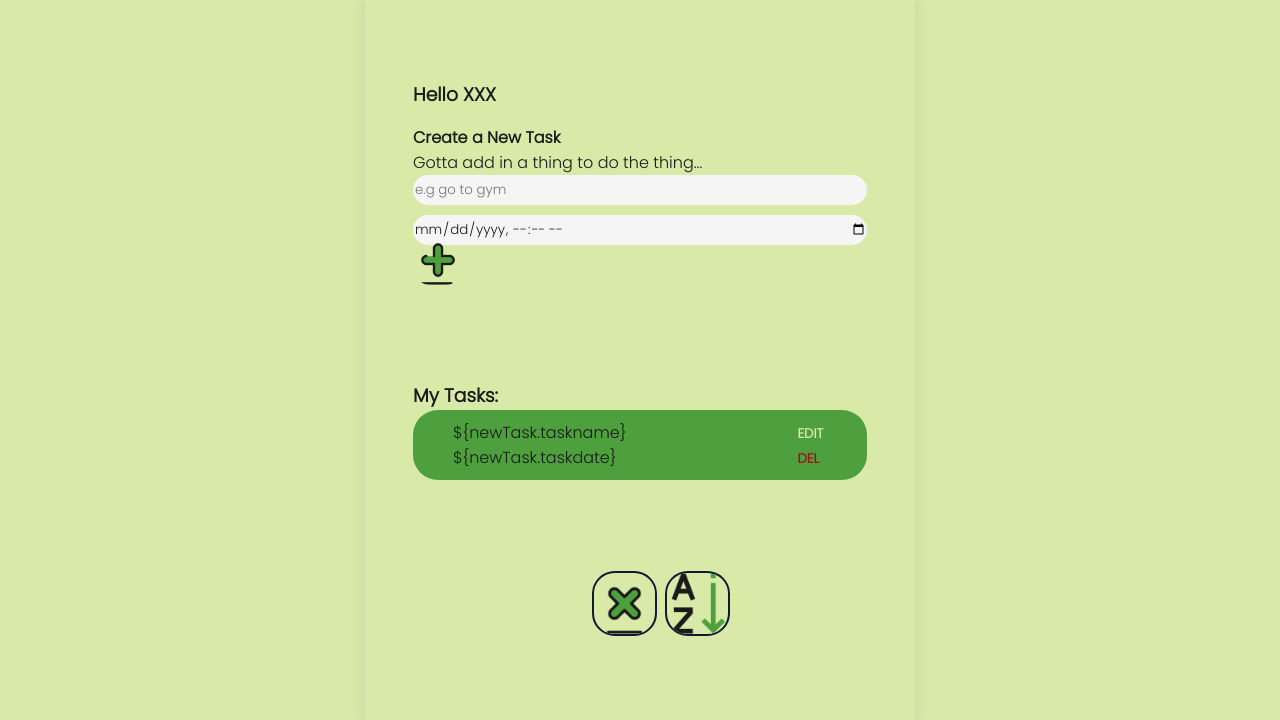
Repository: acidpixie/todo-app-version3
Page: index.html
The author's editor kept a copy of each file at every save. The page is drawn from the files as they stood at one save, then again after the next save.
The browser window is 1280 px wide. The pictures show the whole page.

Above is the page before, as saved 2022-06-11 16:19:19.

### index.html
<!DOCTYPE html>
<html lang="en">
<head>
    <meta charset="UTF-8">
    <meta http-equiv="X-UA-Compatible" content="IE=edge">
    <meta name="viewport" content="width=device-width, initial-scale=1.0">
    <title>Todo Application</title>

    <link rel="stylesheet" type="text/css" href="/css/stylesheet.css">
    <script type="text/javascript" src="/js/script.js" defer></script>

    <!--google fonts - poppins-->
    <link rel="preconnect" href="https://fonts.googleapis.com">
    <link rel="preconnect" href="https://fonts.gstatic.com" crossorigin>
    <link href="https://fonts.googleapis.com/css2?family=Poppins:wght@200;300&display=swap" rel="stylesheet">


</head>
<body>

    <section>
        <header class="heading">
        <h3>Hello XXX</h3>
        </header>

        <div>
            <h4>Create a New Task</h4>
            <form>
                <label>Gotta add in a thing to do the thing...</label>
                <input type="text" class="user-input" id="input-task" placeholder="e.g go to gym">
                <p id="empty-input"></p>
                <input type="datetime-local" class="user-date" id="input-date">
                <img src="/images/add.png" type="submit" class="add-new-task" id="add-new-task-button"></img>
                </label>
            </form>
       </div>
    </section>

    <section>
        <div id="display-tasks" class="display">
            <h3>My Tasks:</h3>
            <ul class="task-item" id="task-list">
                <li class="list-item" id="list-item" data-id="${newTask.taskId}">
                    <div class="list-container">
                        <span class="list-input" id="list-input">${newTask.taskname}</span>
                        <span class="list-date-input" id="list-date-input">${newTask.taskdate}</span>
                    </div>
                    <div class="list-buttons">
                        <button class="edit-item" id="edit-item">EDIT</button>
                        <button class="delete-item" id="delete-item">DEL</button>
                    </div>
                </li>
            </ul>
        </div>
    </section>

    <section class="user-buttons" id="buttons-user">
        <img src="/images/delete.png" class="user-button" id="clear-button"></img>
        <img src="/images/sort-a-z.png" class="user-button" id="sort-button"></img>
    </section>


</body>
</html>

### css/stylesheet.css
/*color pallet
#191A19 - black
#1E5128 - dark green
#4E9F3D - light green
#D8E9A8 - whitish green gray
#f5f5f5 - white smoke
*/



* {
    box-sizing: border-box;
    font-family: "poppins", sans-serif;
    margin: 0;
}

body {
    background-color: #D8E9A8;
    color: #191A19;
    max-width: 550px;
    min-height: 100vh;
    margin: auto;
    box-shadow: 0 1px 10px 0px rgba(176, 173, 173, 0.467);
    position: relative;
}


section {
    padding: 3rem;
}

.heading {
    padding-top: 2rem;
    padding-bottom: 1rem;
}

form {
    display: flex;
    flex-direction: column;
}

input {
    height: 30px;
    border: none;
    color: #191A19;
    background-color: #f5f5f5;
    border-radius: 25px;
}

.user-date {
    margin-top: 10px;
}

li {
    display: flex;
    flex-direction: row;
    padding-left: 0;
    padding-top: 10px;
    list-style: none;
}

ul {
    height: 70px;
    background-color: #4E9F3D ;
    border-radius: 25px;
    align-items: center;
}

.edit-item {
    background-color: #4E9F3D;
    border: none;
    color: #D8E9A8;
    font-weight: 600;
    cursor: pointer;
}

.delete-item {
    background-color: #4E9F3D;
    border: none;
    color: #9a1616;
    font-weight: 600;
    cursor: pointer;
}


.user-buttons {
    display: flex;
    flex-direction: row;
    gap: 8px;
    position: absolute;
    bottom: 5%;
    right: 25%;
}

.user-button {
    display: flex;
    height: 65px;
    width: 65px;
    gap: 10px;
    border: solid 2px #101935;
    border-radius: 35%;
    cursor: pointer;

}

.add-new-task {
    height: 50px;
    width: 50px;
    background-color: none;
    margin-top: -10px;
    border: none;
    border-radius: 35%;
    cursor: pointer;

}

Loaded but not shown: js/script.js (no copy from this time; the picture is the same without it)

After the next save:
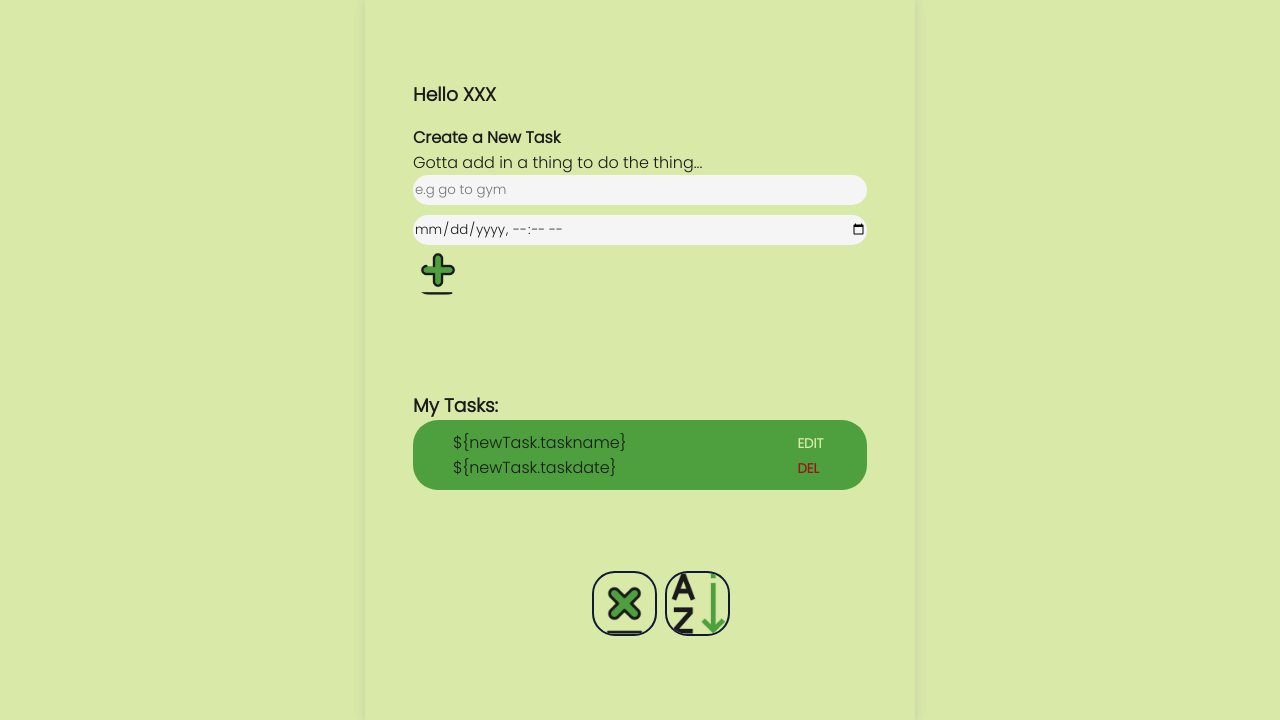
Saved 13 s later.
--- a/css/stylesheet.css
+++ b/css/stylesheet.css
@@ -107,7 +107,7 @@ ul {
     height: 50px;
     width: 50px;
     background-color: none;
-    margin-top: -10px;
+    margin-top: ;
     border: none;
     border-radius: 35%;
     cursor: pointer;
